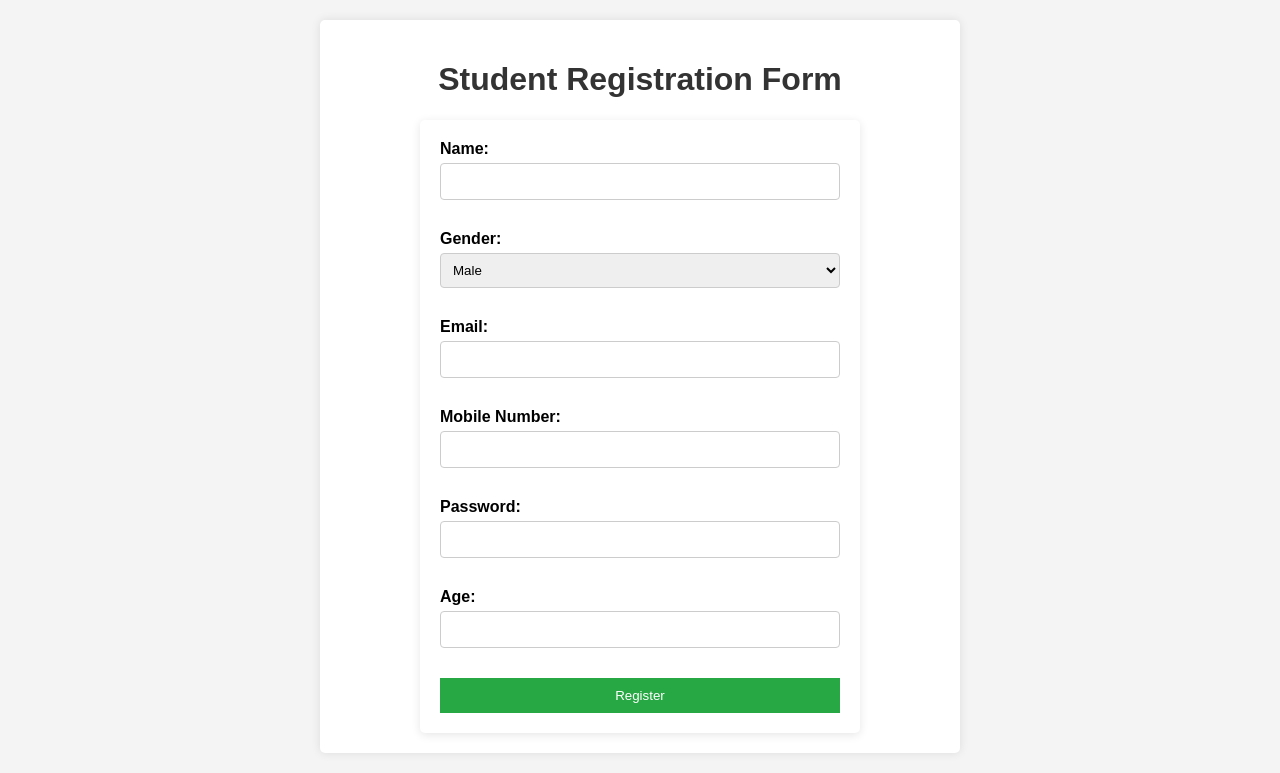
Repository: Yemili/springboot_application
Page: workspace/student/src/main/resources/template/registration.html
These files come from the project's save history. The page is drawn as it stood at one moment and after the next save; the edit follows.
The browser window is 1280 px wide. The pictures show the whole page.

Above is the page before, as saved 2024-09-24 08:47:46.

After the next save:
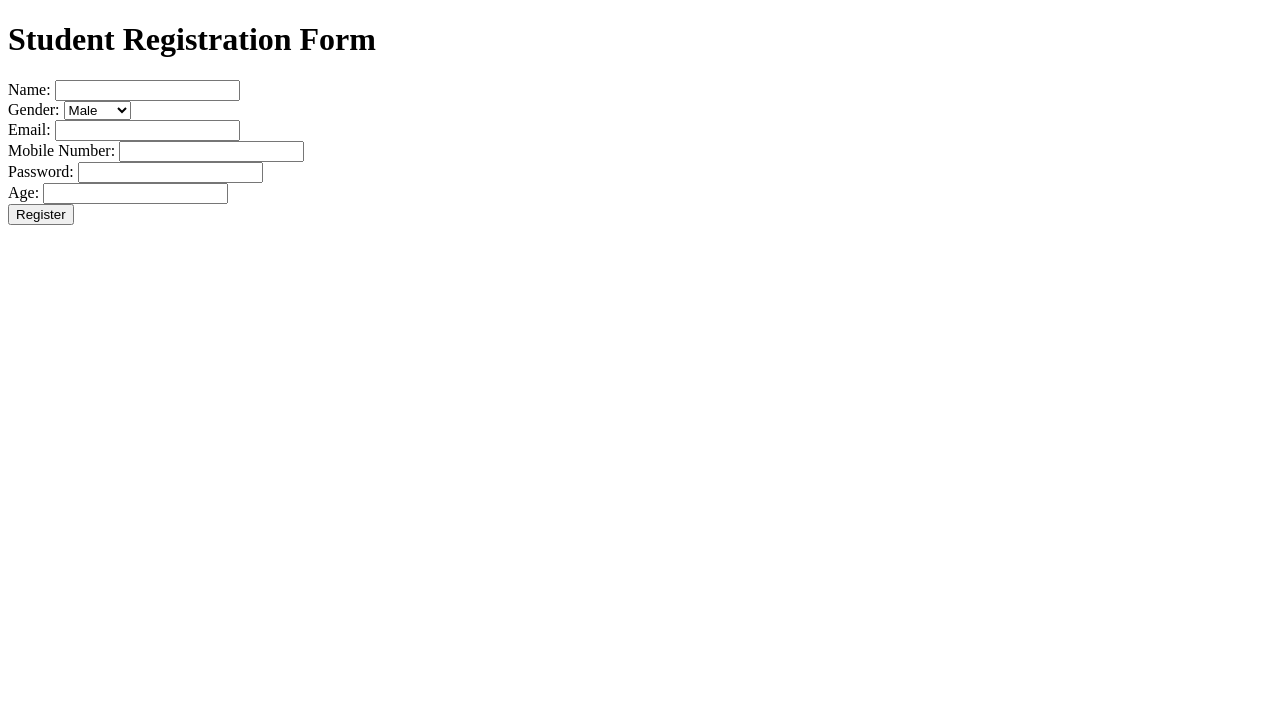
Saved 96 s later.
--- a/workspace/student/src/main/resources/template/registration.html
+++ b/workspace/student/src/main/resources/template/registration.html
@@ -4,17 +4,15 @@
     <meta charset="UTF-8">
     <meta name="viewport" content="width=device-width, initial-scale=1.0">
     <title>Student Registration</title>
-    <link rel="stylesheet" href="styles.css"> <!-- Optional: Link to your CSS -->
 </head>
 <body>
     <div class="container">
         <h1>Student Registration Form</h1>
-        <form action="/register" method="POST">
+        <form action="/students/register" method="POST">
             <div class="form-group">
                 <label for="name">Name:</label>
                 <input type="text" id="name" name="name" required>
             </div>
-
             <div class="form-group">
                 <label for="gender">Gender:</label>
                 <select id="gender" name="gender" required>
@@ -23,72 +21,24 @@
                     <option value="other">Other</option>
                 </select>
             </div>
-
             <div class="form-group">
                 <label for="email">Email:</label>
                 <input type="email" id="email" name="email" required>
             </div>
-
             <div class="form-group">
-                <label for="mobileNumber">Mobile Number:</label>
-                <input type="tel" id="mobileNumber" name="mobileNumber" required pattern="[0-9]{10}" title="Please enter a valid 10-digit mobile number">
+                <label for="mobilenumber">Mobile Number:</label>
+                <input type="tel" id="mobilenumber" name="mobilenumber" required pattern="[0-9]{10}" title="Please enter a valid 10-digit mobile number">
             </div>
-
             <div class="form-group">
                 <label for="password">Password:</label>
                 <input type="password" id="password" name="password" required minlength="6">
             </div>
-
             <div class="form-group">
                 <label for="age">Age:</label>
                 <input type="number" id="age" name="age" min="1" required>
             </div>
-
             <button type="submit">Register</button>
         </form>
     </div>
-
-    <style>
-        body {
-            font-family: Arial, sans-serif;
-            background-color: #f4f4f4;
-            margin: 0;
-            padding: 20px;
-        }
-        .container {
-            max-width: 600px;
-            margin: auto;
-            background: white;
-            padding: 20px;
-            border-radius: 5px;
-            box-shadow: 0 0 10px rgba(0, 0, 0, 0.1);
-        }
-        h1 {
-            text-align: center;
-        }
-        .form-group {
-            margin-bottom: 15px;
-        }
-        label {
-            display: block;
-            margin-bottom: 5px;
-        }
-        input, select {
-            width: 100%;
-            padding: 8px;
-            box-sizing: border-box;
-        }
-        button {
-            background-color: #28a745;
-            color: white;
-            border: none;
-            padding: 10px 15px;
-            cursor: pointer;
-            width: 100%;
-        }
-        button:hover {
-            background-color: #218838;
-        }
-    </style>
 </body>
 </html>
